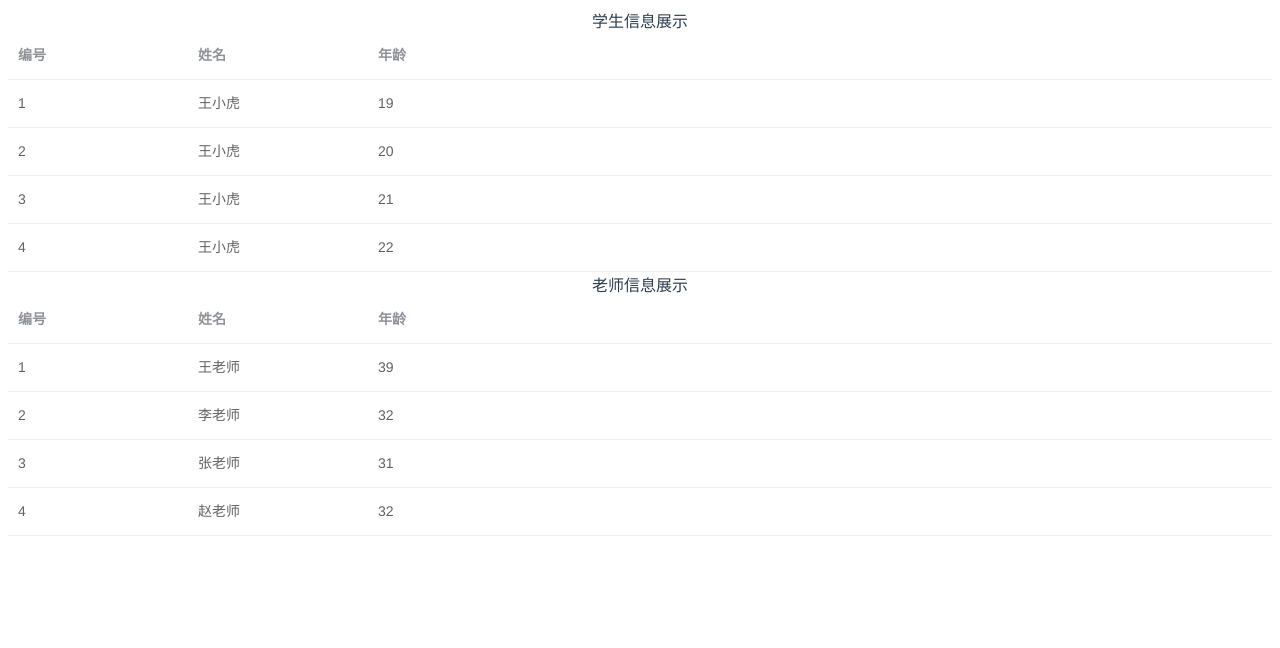
Repository: chang-meng-yun/vue_project
Page: /#/about
The author's editor kept a copy of each file at every save. The page is drawn from the files as they stood at one save, then again after the next save.
The browser window is 1280 px wide. The pictures show the whole page.
The project was rebuilt for these pictures with package versions that can differ from the ones it lists, and the page was loaded fresh each time. Also part of the build but not shown: vue.config.js, src/VBindStudy.vue, src/HomeWork.vue, src/views/reHome.vue, src/FromFrame.vue, src/prents.vue, src/views/son.vue, src/components/HelloWorld.vue and 2 more.

Above is the page before, as saved 2024-06-27 15:52:43.

### public/index.html
<!DOCTYPE html>
<html lang="">
  <head>
    <meta charset="utf-8">
    <meta http-equiv="X-UA-Compatible" content="IE=edge">
    <meta name="viewport" content="width=device-width,initial-scale=1.0">
    <link rel="icon" href="<%= BASE_URL %>favicon.ico">
    <!-- <title><%= htmlWebpackPlugin.options.title %></title> -->
     <title>我是首页</title>
  </head>
  <body>
    <noscript>
      <strong>We're sorry but <%= htmlWebpackPlugin.options.title %> doesn't work properly without JavaScript enabled. Please enable it to continue.</strong>
    </noscript>
    <!-- 显示内容的地方 -->
    <div id="app"></div>
    <!-- built files will be auto injected -->
  </body>
</html>

### src/main.js
import Vue from 'vue'
import App from './App.vue'
import ElementUI from 'element-ui';
import 'element-ui/lib/theme-chalk/index.css';
import router from './router'

Vue.use(ElementUI);

Vue.config.productionTip = false
new Vue({
  router,
  render: h => h(App)
}).$mount('#app')

### src/App.vue
<template>
  <div id="app">
    <!-- <Hello></Hello> -->
    <!-- <VBindStudy></VBindStudy> -->
    <!-- <HomeWork></HomeWork> -->
    <!-- <reHome></reHome> -->
    <!-- <Model></Model> -->
    <!-- <FromFrame></FromFrame> -->
     <!-- <prents></prents> -->
     <!-- <div>来自父组件得值{{son_title}}</div>
      <son @son_to_parent="getValues"></son> -->

      <!-- <child myTitle="信息展示" :mysrc="img_path" > -->
        <child myTitle="学生信息展示" myTitle2="老师信息展示"  :tableData1="tableData1" :tableData2="tableData2"></child>


    </div>
</template>
<script>
  // 导入组件
  import Hello from '@/Hello.vue'
  import VBindStudy from '@/VBindStudy'
  import HomeWork from '@/HomeWork'
  import reHome from './views/reHome.vue'
  import FromFrame from '@/FromFrame.vue'
  import prents from '@/prents.vue'
  import child from '@/child.vue'
   import son from './views/son.vue'
  // import Model from './views/Model.vue'
  export default {
    components: {
      Hello,
      VBindStudy,
      HomeWork,
      FromFrame,
      prents,
      child,
      son
      // Model
    },
    data() {
      return {
        tableData1: [{
            id: '1',
            name: '王小虎',
            age: '19'
          }, {
            id: '2',
            name: '王小虎',
            age: '20'
          }, {
            id: '3',
            name: '王小虎',
            age: '21'
          }, {
            id: '4',
            name: '王小虎',
            age: '22'
          }],
          tableData2: [{
            id: '1',
            name: '王老师',
            age: '39'
          }, {
            id: '2',
            name: '李老师',
            age: '32'
          }, {
            id: '3',
            name: '张老师',
            age: '31'
          }, {
            id: '4',
            name: '赵老师',
            age: '32'
          }]
        // mark: true,
        // name: "张三",
        // mywidth: "350px",
        // myImage: require("./assets/花.jpg"),
        // img_path: require("@/assets/花.jpg"),
        // son_title:""
      }
    },
    methods: {
      controller_div() {
        this.mark = !this.mark
        console.log(this.mark)
      },
      changeSize() {
        this.mywidth = "500px"
      },
      changeImage() {
        console.log("pakaqiu")
        this.myImage = require("./assets/小樱花.webp")
      },
      getValues(n){
        this.son_title=n
      }
    }
  }
</script>
<style>
  .box {
    width: 200px;
    height: 200px;
    background-color: red;
  }

  #app {
    font-family: Avenir, Helvetica, Arial, sans-serif;
    -webkit-font-smoothing: antialiased;
    -moz-osx-font-smoothing: grayscale;
    text-align: center;
    color: #2c3e50;
  }

  nav {
    padding: 30px;
  }

  nav a {
    font-weight: bold;
    color: #2c3e50;
  }

  nav a.router-link-exact-active {
    color: #42b983;
  }
</style>

### src/Hello.vue
<template>
  <div>
        <!-- <nav>
      <router-link to="/">Home</router-link> |
      <router-link to="/about">About</router-link>
    </nav> -->
    <!-- <el-row>
      <el-button>默认按钮</el-button>
      <el-button type="primary">主要按钮</el-button>
      <el-button type="success">成功按钮</el-button>
      <el-button type="info">信息按钮</el-button>
      <el-button type="warning">警告按钮</el-button>
      <el-button type="danger">危险按钮</el-button>
    </el-row> -->

    <!-- <input  type="text" v-model="username"> -->
     <!-- <div  v-if="mark" class="box">
      div1-if标签
     </div> -->
     <!-- <el-button type="primary" v-on:click="controller_div()">控制div</el-button> -->
     <!-- <div  v-show ="mark" class="box"> -->
      <!-- div2-show标签 -->
     <!-- </div> -->
    <!-- <div>
      {{username}}
    </div> -->
    <!-- <router-view/> -->
     <!-- <hr> -->

     <el-row>
        <el-col :span="12">
          <div class="grid-content bg-purple">
         <img src="./assets/小雏菊.webp" v-bind:width="mywidth" />
         <br>
         <el-button type="primary" @click="changeSize()">改变大小</el-button>
        </div>
      </el-col>

        <el-col :span="12">
          <div class="grid-content bg-purple-light">
            <img v-bind:src="myImage" width="350px" />
            <br>
            <el-button type="primary" @click="changeImage()">改变图片</el-button>
        </div>
      </el-col>
      </el-row>

  </div>
</template>
<script>
     export default{
    // components:{
    //     Hello,
    //     VBindStudy
    // },
    data(){
      return{
        mark:true,
        name:"张三",
        mywidth:"350px",
        myImage:require("./assets/花.jpg")
      }
    },
    methods:{
     controller_div(){
        this.mark=!this.mark
        console.log(this.mark)
      },
      changeSize(){
        this.mywidth="500px"
      },
      changeImage(){
        console.log("pakaqiu")
        this.myImage=require("./assets/小樱花.webp")
      }
     },
     components:{

     }
    }
  </script>
  <style>
  .box{
      width: 200px;
      height: 200px;
      background-color: red;
  }
  #app {
    font-family: Avenir, Helvetica, Arial, sans-serif;
    -webkit-font-smoothing: antialiased;
    -moz-osx-font-smoothing: grayscale;
    text-align: center;
    color: #2c3e50;
  }

  nav {
    padding: 30px;
  }

  nav a {
    font-weight: bold;
    color: #2c3e50;
  }

  /* nav a.router-link-exact-active {
    color: #42b983;
  } */
  </style>

### src/child.vue
<template>
    <div>
        <div>
         {{myTitle}}
         <!-- <img :src="mysrc" height="300px" width="300px"> -->
         <el-table
         :data="tableData1"
         style="width: 100%">
         <el-table-column
           prop="id"
           label="编号"
           width="180">
         </el-table-column>
         <el-table-column
           prop="name"
           label="姓名"
           width="180">
         </el-table-column>
         <el-table-column
           prop="age"
           label="年龄">
         </el-table-column>
       </el-table>
        </div>
        <div>
            {{myTitle2}}
            <!-- <img :src="mysrc" height="300px" width="300px"> -->
            <el-table
            :data="tableData2"
            style="width: 100%">
            <el-table-column
              prop="id"
              label="编号"
              width="180">
            </el-table-column>
            <el-table-column
              prop="name"
              label="姓名"
              width="180">
            </el-table-column>
            <el-table-column
              prop="age"
              label="年龄">
            </el-table-column>
          </el-table>
           </div>
    </div>
</template>
<script>
    export default{
        data(){
            return{
                // img_path: require("@/assets/花.jpg"),
            }
        },
        // props:["myTitle","mysrc"],
        props:["myTitle","tableData1","myTitle2","tableData2"],
        methods: {

        },
        components:{

        }
    }

</script>
<style>

</style>

Loaded but not shown: src/router/index.js (common file)

After the next save:
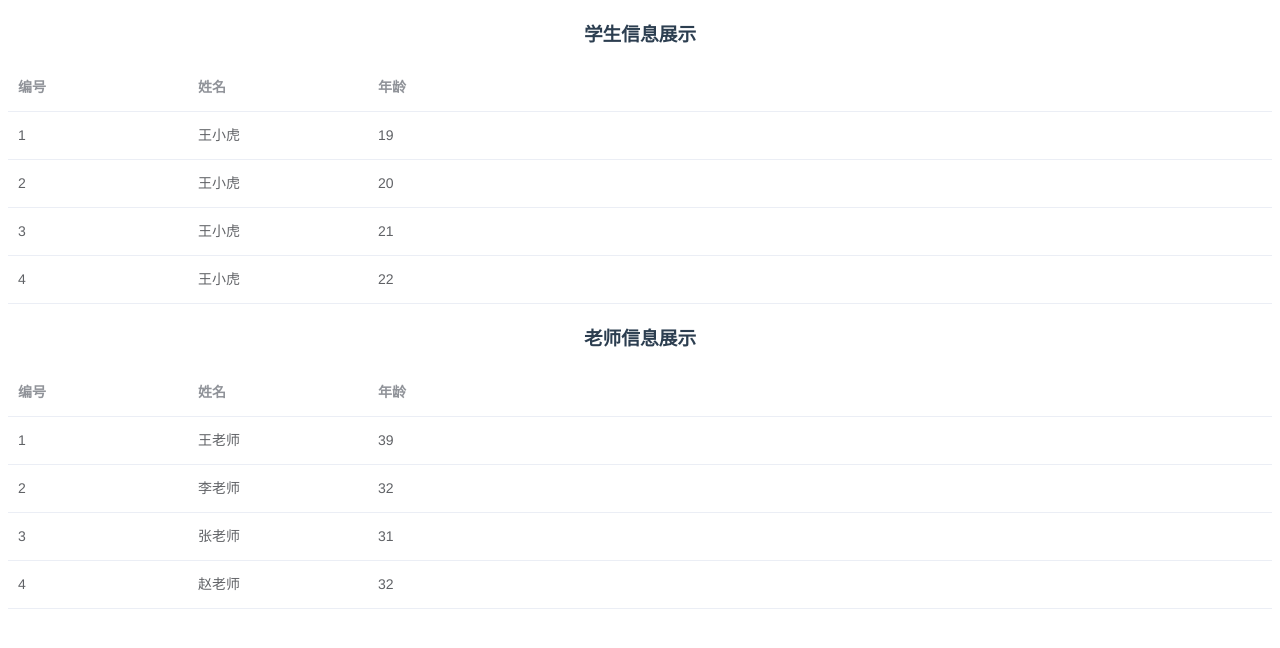
Saved 2 min 13 s later.
--- a/src/child.vue
+++ b/src/child.vue
@@ -1,7 +1,7 @@
 <template>
     <div>
         <div>
-         {{myTitle}}
+         <h3>{{myTitle}}</h3>
          <!-- <img :src="mysrc" height="300px" width="300px"> -->
          <el-table
          :data="tableData1"
@@ -23,7 +23,7 @@
        </el-table>
         </div>
         <div>
-            {{myTitle2}}
+            <h3>{{myTitle2}}</h3>
             <!-- <img :src="mysrc" height="300px" width="300px"> -->
             <el-table
             :data="tableData2"
